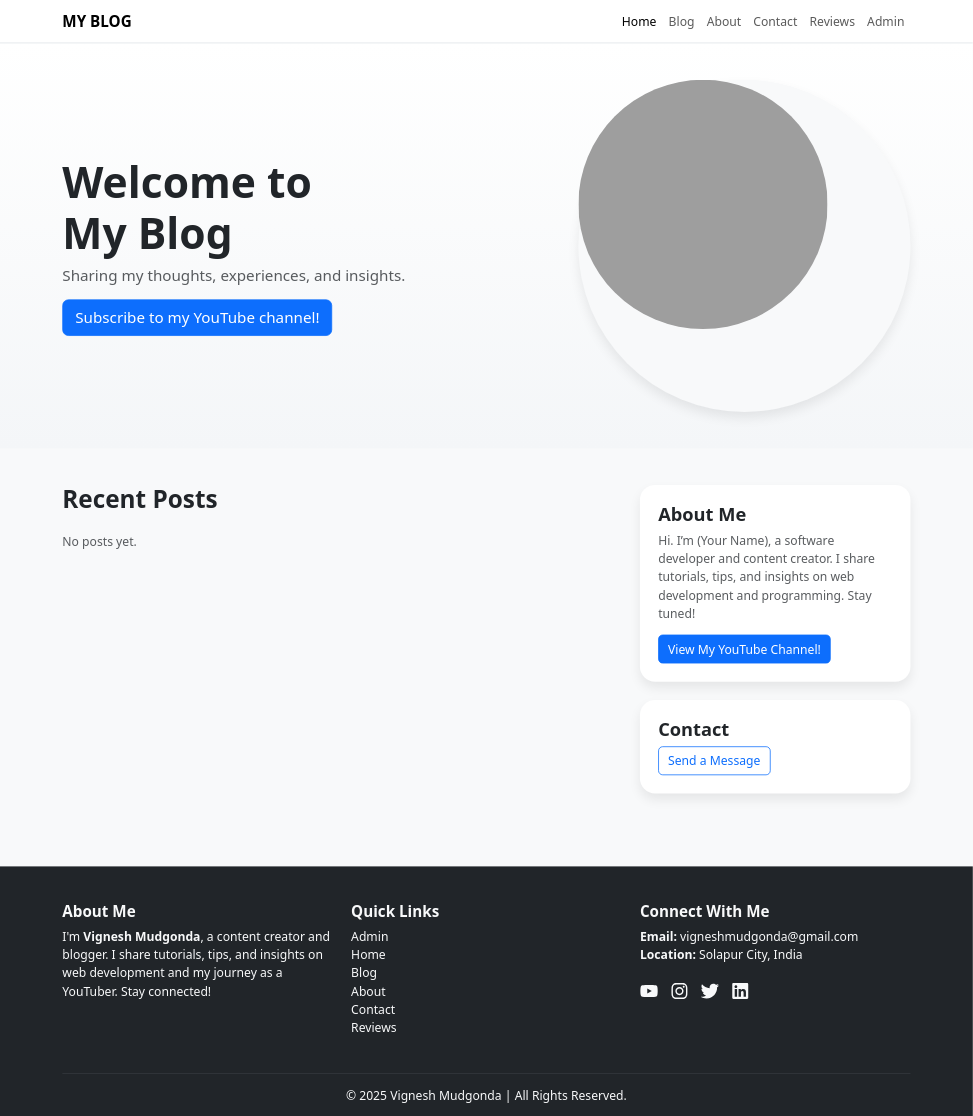
Repository: vigneshmudgonda/Blog2
Page: / (app in blog-frontend-full/)
An editor plug-in stored every save of this project. The page is shown before and after a run of saves, followed by the edit.
The browser window is 1280 px wide. The pictures show the whole page, at 76% of full size.
Pictures or frames that could not be fetched are drawn as grey boxes. The page's requests for data from a server got no answer. The project was rebuilt for these pictures with package versions that can differ from the ones it lists, and the page was loaded fresh each time. No one was signed in, and anything a server would have sent is missing. Also part of the build but not shown: blog-frontend-full/src/pages/BlogList.js, blog-frontend-full/src/pages/BlogDetail.js, blog-frontend-full/src/pages/Reviews.js, blog-frontend-full/src/pages/Contact.js, blog-frontend-full/src/pages/About.js, blog-frontend-full/src/pages/AdminLogin.js.

Above is the page before, as saved 2025-08-19 19:31:21.

### blog-frontend-full/public/index.html
<!DOCTYPE html>
<html lang="en">
  <head>
    <meta charset="utf-8" />
    <meta name="viewport" content="width=device-width, initial-scale=1" />
    <title>My Blog</title>
    <meta name="description" content="Personal blog powered by React + Bootstrap" />
    <link rel="icon" href="%PUBLIC_URL%/favicon.ico" />
  </head>
  <body>
    <noscript>You need to enable JavaScript to run this app.</noscript>
    <div id="root"></div>
  </body>
</html>

### blog-frontend-full/src/index.js
import React from 'react';
import { createRoot } from 'react-dom/client';
import { BrowserRouter } from 'react-router-dom';
import App from './App';
import 'bootstrap/dist/css/bootstrap.min.css';
import 'bootstrap/dist/js/bootstrap.bundle.min.js';
import './index.css';

const root = createRoot(document.getElementById('root'));
root.render(
  <BrowserRouter>
    <App/>
  </BrowserRouter>
);

### blog-frontend-full/src/App.js
import React from 'react';
import { Routes, Route } from 'react-router-dom';
import Navbar from './components/Navbar';
import Footer from './components/Footer';
import Home from './pages/Home';
import BlogList from './pages/BlogList';
import BlogDetail from './pages/BlogDetail';
import Reviews from './pages/Reviews';
import Contact from './pages/Contact';
import About from './pages/About';
import AdminLogin from './pages/AdminLogin';

export default function App(){
  return (
    <div className="d-flex flex-column min-vh-100">
      <Navbar/>
      <main className="flex-grow-1">
        <Routes>
          <Route path="/" element={<Home/>} />
          <Route path="/blog" element={<BlogList/>} />
          <Route path="/blog/:id" element={<BlogDetail/>} />
          <Route path="/reviews" element={<Reviews/>} />
          <Route path="/contact" element={<Contact/>} />
          <Route path="/about" element={<About/>} />
          <Route path="/login" element={<AdminLogin/>} />
        </Routes>
      </main>
      <Footer/>
    </div>
  );
}

### blog-frontend-full/src/index.css
:root{--radius:1.25rem}
body{background:#f8f9fa}
.shadow-soft{box-shadow:0 .5rem 1rem rgba(0,0,0,.08)}
.rounded-2xl{border-radius:var(--radius)}
.hero{background:linear-gradient(180deg,#ffffff 0%,#f4f6f8 100%)}
.post-card img{object-fit:cover;height:180px}
a{text-decoration:none}

### blog-frontend-full/src/components/Navbar.js
import React from 'react';
import { Link, NavLink } from 'react-router-dom';

export default function Navbar(){
  return (
    <nav className="navbar navbar-expand-lg bg-white border-bottom sticky-top">
      <div className="container">
        <Link className="navbar-brand fw-bold" to="/">MY BLOG</Link>
        <button className="navbar-toggler" type="button" data-bs-toggle="collapse" data-bs-target="#nav">
          <span className="navbar-toggler-icon"></span>
        </button>
        <div id="nav" className="collapse navbar-collapse">
          <ul className="navbar-nav ms-auto">
            <li className="nav-item"><NavLink end className="nav-link" to="/">Home</NavLink></li>
            <li className="nav-item"><NavLink className="nav-link" to="/blog">Blog</NavLink></li>
            <li className="nav-item"><NavLink className="nav-link" to="/about">About</NavLink></li>
            <li className="nav-item"><NavLink className="nav-link" to="/contact">Contact</NavLink></li>
            <li className="nav-item"><NavLink className="nav-link" to="/reviews">Reviews</NavLink></li>
            <li className="nav-item"><NavLink className="nav-link" to="/login">Admin</NavLink></li>
          </ul>
        </div>
      </div>
    </nav>
  );
}

### blog-frontend-full/src/components/Footer.js
import React from "react";
import { Link } from "react-router-dom";
import {
  FaYoutube,
  FaInstagram,
  FaTwitter,
  FaLinkedin,
} from "react-icons/fa";

export default function Footer() {
  return (
    <footer className="bg-dark text-light pt-5 pb-3 mt-5">
      <div className="container">
        <div className="row">
          {/* About Me */}
          <div className="col-md-4 mb-3">
            <h5 className="fw-bold">About Me</h5>
            <p>
              I'm <strong>Vignesh Mudgonda</strong>, a content creator and
              blogger. I share tutorials, tips, and insights on web development
              and my journey as a YouTuber. Stay connected!
            </p>
          </div>

          {/* Quick Links */}
          <div className="col-md-4 mb-3">
            <h5 className="fw-bold">Quick Links</h5>
            <ul className="list-unstyled">
              <li><Link to="/admin" className="text-light text-decoration-none">Admin</Link></li>
              <li><Link to="/" className="text-light text-decoration-none">Home</Link></li>
              <li><Link to="/blog" className="text-light text-decoration-none">Blog</Link></li>
              <li><Link to="/about" className="text-light text-decoration-none">About</Link></li>
              <li><Link to="/contact" className="text-light text-decoration-none">Contact</Link></li>
              <li><Link to="/reviews" className="text-light text-decoration-none">Reviews</Link></li>
            </ul>
          </div>

          {/* Connect With Me */}
          <div className="col-md-4 mb-3">
            <h5 className="fw-bold">Connect With Me</h5>
            <p>
              <strong>Email:</strong>{" "}
              <a
                href="mailto:vigneshmudgonda@gmail.com"
                className="text-light text-decoration-none"
              >
                vigneshmudgonda@gmail.com
              </a>
              <br />
              <strong>Location:</strong> Solapur City, India
            </p>
            <div className="d-flex gap-3 fs-4">
              <a href="https://youtube.com" className="text-light"><FaYoutube /></a>
              <a href="https://instagram.com" className="text-light"><FaInstagram /></a>
              <a href="https://twitter.com" className="text-light"><FaTwitter /></a>
              <a href="https://linkedin.com" className="text-light"><FaLinkedin /></a>
            </div>
          </div>
        </div>

        <hr className="border-secondary" />
        <p className="text-center mb-0">
          © 2025 Vignesh Mudgonda | All Rights Reserved.
        </p>
      </div>
    </footer>
  );
}

### blog-frontend-full/src/pages/Home.js
import React, { useEffect, useState } from 'react';
import { Link } from 'react-router-dom';
import api from '../services/api';

export default function Home(){
  const [posts, setPosts] = useState([]);

  useEffect(()=>{
    (async ()=>{
      try{
        const res = await api.get('/api/blogs', { params: { limit: 2, page: 1 } });
        setPosts(res.data.blogs || []);
      }catch(e){ console.error(e); }
    })();
  },[]);

  return (
    <div>
      <section className="hero py-5">
        <div className="container">
          <div className="row align-items-center g-5">
            <div className="col-lg-7">
              <h1 className="display-4 fw-bold">Welcome to<br/>My Blog</h1>
              <p className="lead text-muted">Sharing my thoughts, experiences, and insights.</p>
              <a href={process.env.REACT_APP_YOUTUBE_URL || '#'} target="_blank" rel="noreferrer" className="btn btn-primary btn-lg">Subscribe to my YouTube channel!</a>
            </div>
            <div className="col-lg-5">
              <div className="bg-light rounded-circle ratio ratio-1x1 d-flex align-items-center justify-content-center shadow-soft">
                <img alt="Profile" className="rounded-circle w-75 h-75 object-fit-cover" src="https://i.pravatar.cc/300" />
              </div>
            </div>
          </div>
        </div>
      </section>

      <section className="container my-5">
        <div className="row">
          <div className="col-lg-8">
            <h2 className="fw-bold mb-4">Recent Posts</h2>
            <div className="row g-4">
              {posts.map(p => (
                <div className="col-md-6" key={p._id}>
                  <div className="card rounded-2xl shadow-soft post-card h-100">
                    {p.image && <img src={p.image} className="card-img-top" alt={p.title}/>}
                    <div className="card-body">
                      <h5 className="card-title">{p.title}</h5>
                      <p className="text-muted small mb-2">{new Date(p.createdAt || Date.now()).toDateString()}</p>
                      <p className="card-text">{(p.content || '').slice(0,100)}...</p>
                      <Link to={`/blog/${p._id}`} className="btn btn-outline-primary btn-sm">Read More</Link>
                    </div>
                  </div>
                </div>
              ))}
              {!posts.length && <p className="text-muted">No posts yet.</p>}
            </div>
          </div>

          <div className="col-lg-4">
            <div className="mb-4 p-4 bg-white rounded-2xl shadow-soft">
              <h4 className="fw-bold">About Me</h4>
              <p className="text-muted">Hi. I’m (Your Name), a software developer and content creator. I share tutorials, tips, and insights on web development and programming. Stay tuned!</p>
              <a className="btn btn-primary" href={process.env.REACT_APP_YOUTUBE_URL || '#'} target="_blank" rel="noreferrer">View My YouTube Channel!</a>
            </div>
            <div className="p-4 bg-white rounded-2xl shadow-soft">
              <h4 className="fw-bold">Contact</h4>
              <Link className="btn btn-outline-primary" to="/contact">Send a Message</Link>
            </div>
          </div>
        </div>
      </section>
    </div>
  );
}

### blog-frontend-full/src/services/api.js
import axios from 'axios';
const API_URL = process.env.REACT_APP_API_URL || 'http://localhost:5000';
const api = axios.create({ baseURL: API_URL });
export default api;

After the next 2 saves:
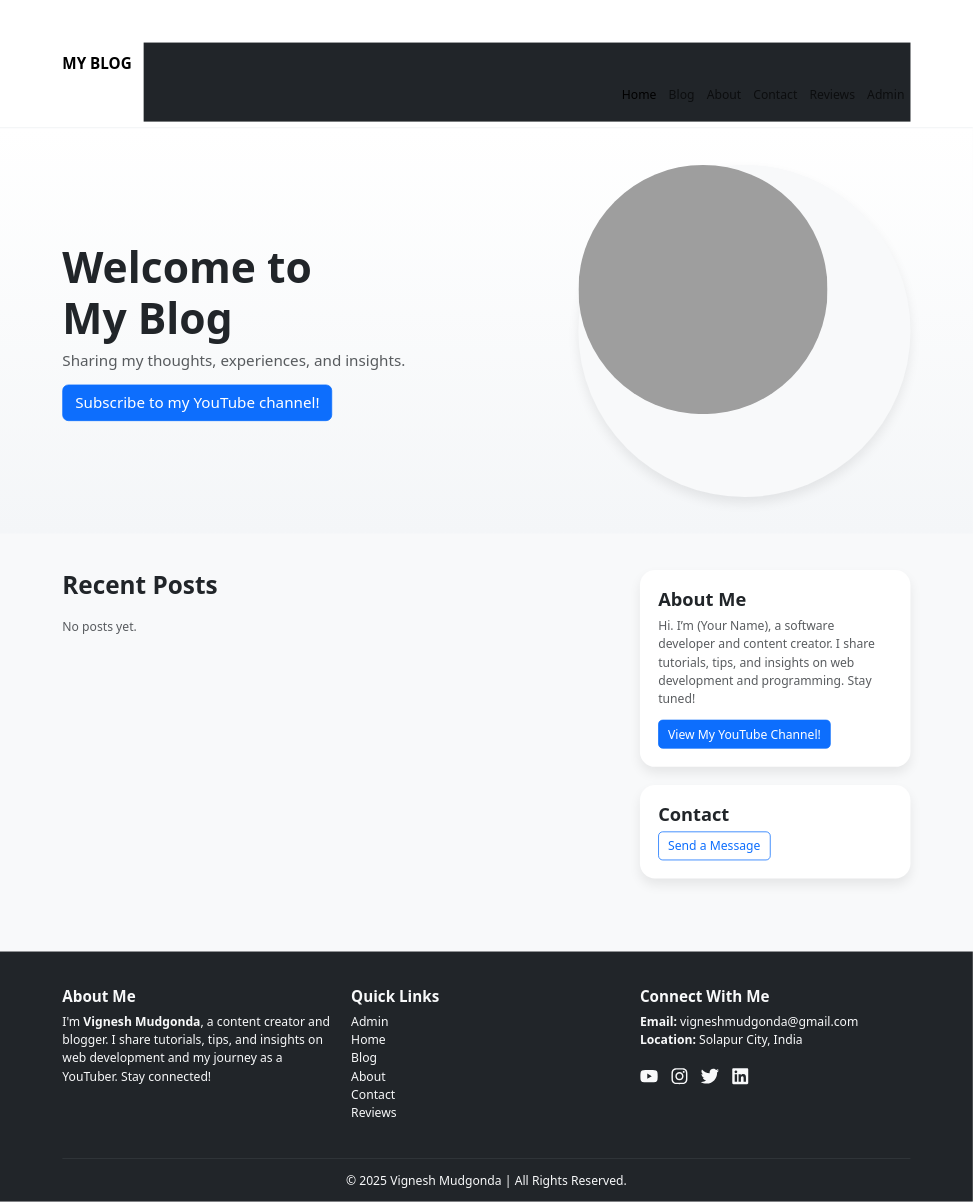
The 2 saves are shown as one change because they came seconds apart.
The last was saved 22 s later.
--- a/blog-frontend-full/src/components/Navbar.js
+++ b/blog-frontend-full/src/components/Navbar.js
@@ -9,7 +9,7 @@
         <button className="navbar-toggler" type="button" data-bs-toggle="collapse" data-bs-target="#nav">
           <span className="navbar-toggler-icon"></span>
         </button>
-        <div id="nav" className="collapse navbar-collapse">
+        <div id="nav" className="collapse navbar-collapse bg-dark text-light pt-5 pb-3 mt-5">
           <ul className="navbar-nav ms-auto">
             <li className="nav-item"><NavLink end className="nav-link" to="/">Home</NavLink></li>
             <li className="nav-item"><NavLink className="nav-link" to="/blog">Blog</NavLink></li>

After the save that followed:
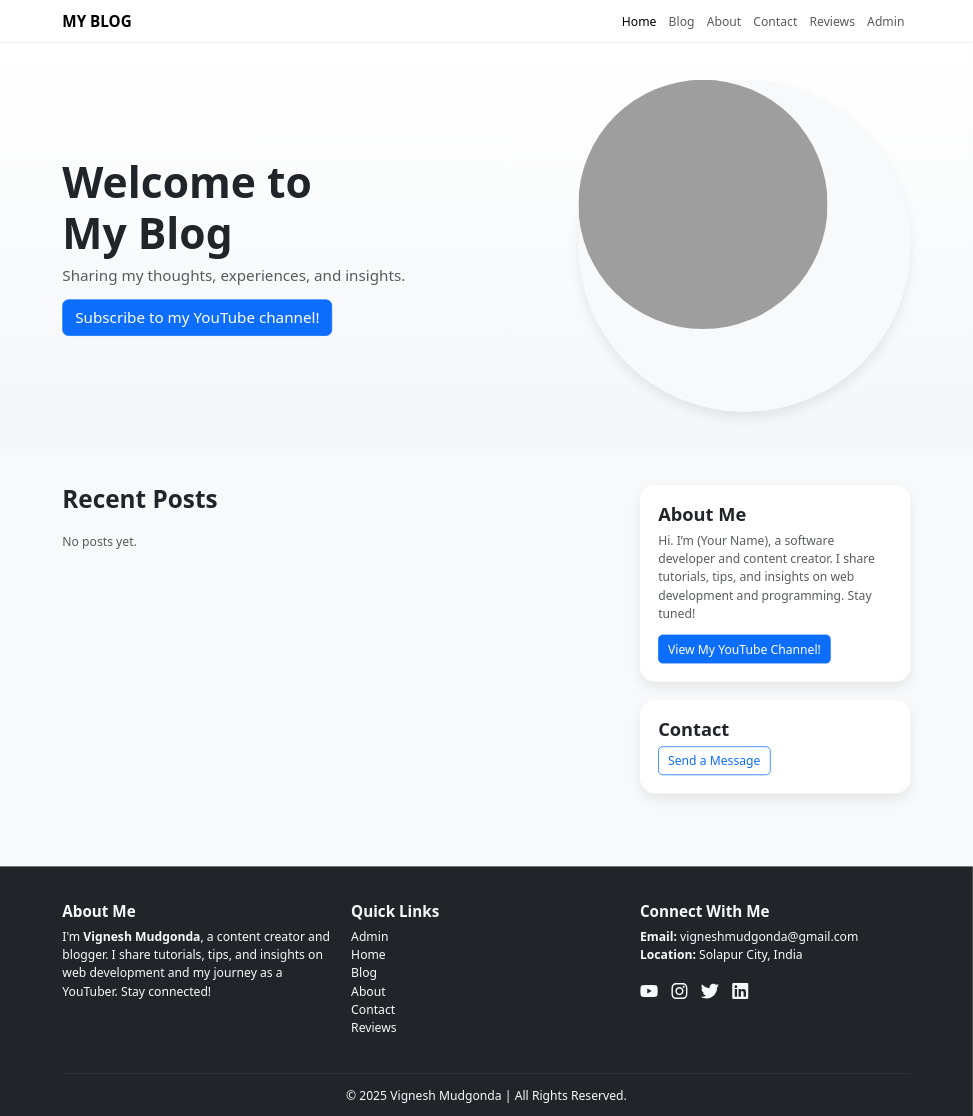
Saved 17 s later.
--- a/blog-frontend-full/src/components/Navbar.js
+++ b/blog-frontend-full/src/components/Navbar.js
@@ -9,7 +9,7 @@
         <button className="navbar-toggler" type="button" data-bs-toggle="collapse" data-bs-target="#nav">
           <span className="navbar-toggler-icon"></span>
         </button>
-        <div id="nav" className="collapse navbar-collapse bg-dark text-light pt-5 pb-3 mt-5">
+        <div id="nav" className="collapse navbar-collapse ">
           <ul className="navbar-nav ms-auto">
             <li className="nav-item"><NavLink end className="nav-link" to="/">Home</NavLink></li>
             <li className="nav-item"><NavLink className="nav-link" to="/blog">Blog</NavLink></li>
